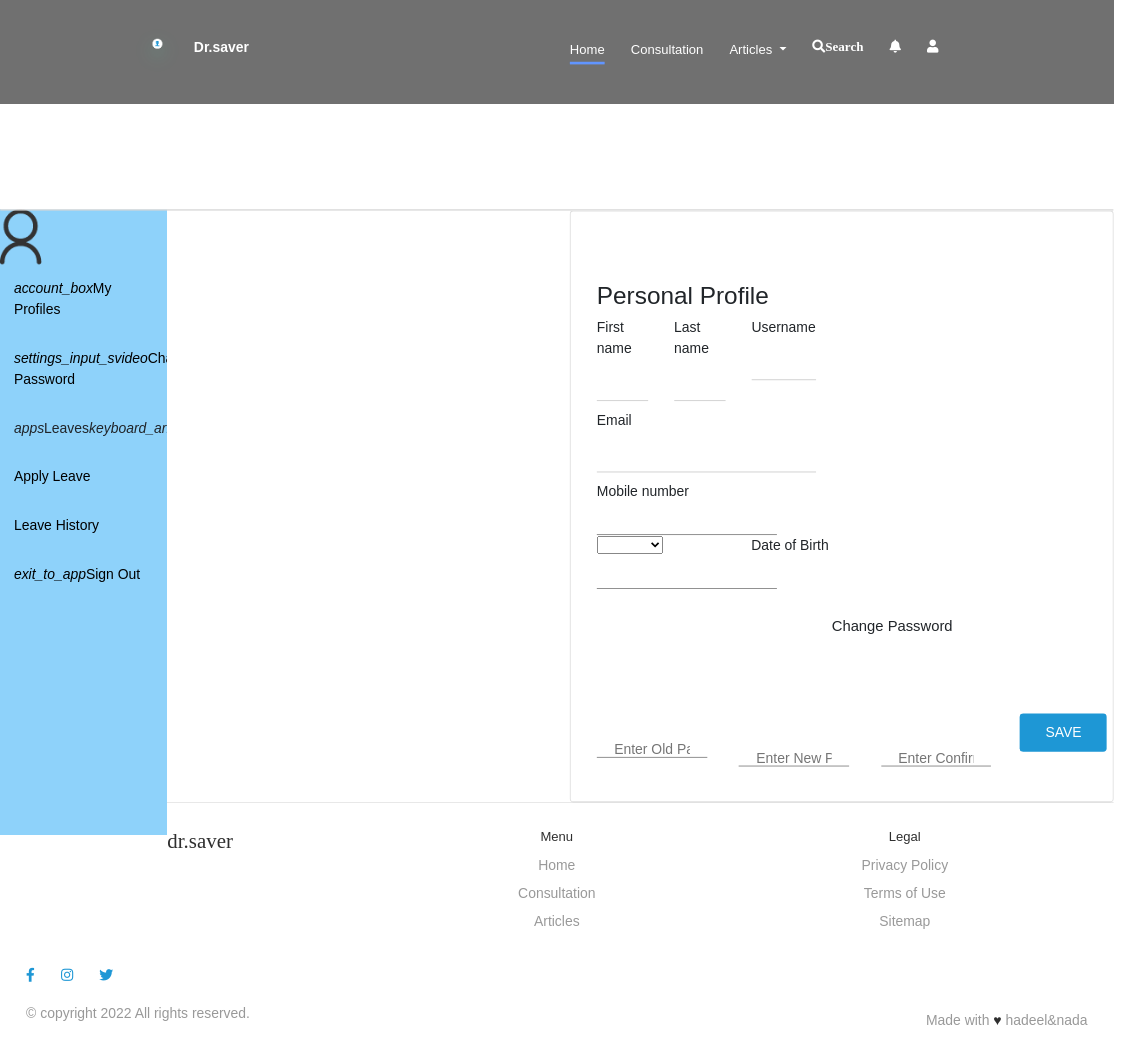
Repository: nsra/hadeel_doctor_system
Page: patient/Pprofile.html
An editor plug-in stored every save of this project. The page is shown before and after the next save, followed by the edit.
The browser window is 1280 px wide. The page is 1295 px wide, so the pictures cover 1295 px, including what lies to the right of the window. The pictures show the whole page, at 87% of full size.
Some web fonts or font styles are not loaded; a fallback is used. Some web libraries are served in a nearby version.

Above is the page before, as saved 2022-03-25 14:40:10.

### patient/Pprofile.html
<!DOCTYPE html>
<html lang="en">
<head>
    <meta charset="UTF-8">
    <meta http-equiv="content-type" content="text/html; charset=UTF-8">
    <title>DrSaver</title>
    <link rel="shortcut icon" href="../assets/img/doctor.png" type="image/x-icon">
    <link rel="stylesheet" href="https://maxcdn.bootstrapcdn.com/bootstrap/4.0.0/css/bootstrap.min.css" integrity="sha384-Gn5384xqQ1aoWXA+058RXPxPg6fy4IWvTNh0E263XmFcJlSAwiGgFAW/dAiS6JXm" crossorigin="anonymous">
    <link rel="stylesheet" href="https://pro.fontawesome.com/releases/v5.10.0/css/all.css" integrity="sha384-AYmEC3Yw5cVb3ZcuHtOA93w35dYTsvhLPVnYs9eStHfGJvOvKxVfELGroGkvsg+p" crossorigin="anonymous"/>
    <link rel="stylesheet" href="../assets/css/style.css" type="text/css">
    <link rel="preconnect" href="https://fonts.gstatic.com">
    <link href="https://fonts.googleapis.com/css2?family=Tajawal:wght@700&display=swap" rel="stylesheet">
    <meta name="viewport" content="width=device-width, initial-scale=1, shrink-to-fit=no">
</head>
<body>

    <!--header-->
    <div class="header" style=" background-color: #707070;">
         <div class="container" >
<div class="header-content">
    <div class="logo">
        <img src=" ../assets/img/l2.png"  alt="logo image" draggable="false">
        <b>Dr.saver</b>
     </div>
       <ul class="nav">
         <li><a href="#" class="active">Home</a></li>
         <li><a href="#" >Consultation</a></li>
           <li class="nav-item dropdown">
            <a class="nav-link dropdown-toggle" href="#" id="navbarDropdown" role="button" data-toggle="dropdown" aria-haspopup="true" aria-expanded="false">
                Articles
            </a>
            <div class="dropdown-menu" aria-labelledby="navbarDropdown">
              <a class="dropdown-item" href="#">Action</a>
              <a class="dropdown-item" href="#">Another action</a>
              <div class="dropdown-divider"></div>
              <a class="dropdown-item" href="#">Something else here</a>
            </div>
          </li>
         <li><a href="#"class="icon fa fa-search fa-2x" >Search</a></li>

 <li><a href="#"class="icon fa fa-bell" >  </a></li>
          <li><a href="#"class="icon fa fa-user fa-2x" > </a></li>






     </ul>
     <div class="clear"></div>
</div>
  </div>
    </div>
     <!--profile section-->
     <div class="about pd-y"></div>
     <aside id="slide-out" class="sidebar white fixed">
        <div class="side-nav-wrapper">
            <div class="sidebar-profile">
                <div class="sidebar-profile-image">
                    <img src="../assets/img/pro.png" class="circle" alt="">
                </div>
                <div class="sidebar-profile-info">

                </div>
            </div>

        <ul class="sidebar-menu collapsible collapsible-accordion" data-collapsible="accordion">

<li class="no-padding"><a class="waves-effect waves-grey" href="myprofile.php"><i class="material-icons">account_box</i>My Profiles</a></li>
<li class="no-padding"><a class="waves-effect waves-grey" href="emp-changepassword.php"><i class="material-icons">settings_input_svideo</i>Change Password</a></li>
            <li class="no-padding">
                <a class="collapsible-header waves-effect waves-grey"><i class="material-icons">apps</i>Leaves<i class="nav-drop-icon material-icons">keyboard_arrow_right</i></a>
                <div class="collapsible-body">
                    <ul>
                        <li><a href="apply-leave.php">Apply Leave</a></li>
                        <li><a href="leavehistory.php">Leave History</a></li>
                    </ul>
                </div>
            </li>



          <li class="no-padding">
                        <a class="waves-effect waves-grey" href="logout.php"><i class="material-icons">exit_to_app</i>Sign Out</a>
                    </li>


        </ul>

        </div>
    </aside>

        <main class="mn-inner float-right">
            <div class="row">

                <div class="col s12 m12 l12">
                    <div class="card">
                        <div class="card-content">

                        </div>
                    </div>
                </div>
            </div>


        <div class="row">
        <br>
            <div class="col s12">

            </div>
            <div class="col s12 m12 l6">
                <div class="card">
                    <div class="card-content">
                        <form id="example-form" method="post" name="updatemp">
                            <div>
                                <h3>Personal Profile</h3>

                                <section>
                                    <div class="wizard-content">
                                        <div class="row">
                                            <div class="col m6">
                                                <div class="row">


<div class="input-field col m6 s12">
<label for="firstName">First name</label>
<input id="firstName" name="firstName"  "  type="text" required>
</div>

<div class="input-field col m6 s12">
<label for="lastName">Last name </label>
<input id="lastName" name="lastName" value="" type="text" autocomplete="off" required>
</div>

<div class="input-field col s12">

<label for="userName">Username </label>
<input id="userName" name="userName" value="" type="text" autocomplete="off" required>
</div>

<div class="input-field col s12">
<label for="email">Email</label>
<input  name="email" type="email" id="email" value=" " readonly autocomplete="off" required>
<span id="emailid-availability" style="font-size:12px;"></span>
</div>

<div class="input-field col s12">
<label for="phone">Mobile number</label>
<input id="phone" name="mobileno" type="tel" value=" " maxlength="10" autocomplete="off" required>
</div>

</div>
</div>

<div class="col m6">
<div class="row">
<div class="input-field col m6 s12">
<select  name="gender" autocomplete="off">
<option value=""></option>
<option value="Male">Male</option>
<option value="Female">Female</option>

</select>
</div>
<label for="birthdate">Date of Birth</label>
<div class="input-field col m6 s12">

<input id="birthdate" name="dob"  class="datepicker" value="" >
</div>


                                                </div>
                                            </div>
                                        </div>
                                    </div>
                                </section>


                                </section>
                            </div>
                        </form>
             <div class="page-title" style="  padding-left: 300px;   font-size: 17px;">Change Password</div>
               <div class="row">

                        <form class="col s12" name="chngpwd" method="post">

                                <div class="row">
                                    <div class="input-field col s12">

<input id="password" type="password" placeholder="Enter Old Password" style="width:95%;padding-top:40px;margin-left:30px;border:none;border-bottom:1px solid gray;padding-bottom:8px;outline:none"  class="validate" autocomplete="off" name="password"  required>

                                    </div>

<div class="input-field col s12">

<input id="password" type="password" placeholder="Enter New Password"  name="newpassword" class="validate" style="width:95%;padding-top:40px;margin-left:30px;border:none;border-bottom:1px solid gray;padding-bottom:8px;margin-top:20px;outline:none" autocomplete="off" required>

                                    </div>

<div class="input-field col s12">

<input id="password" type="password"placeholder="Enter Confirm Password" name="confirmpassword" class="validate" autocomplete="off"style="width:95%;padding-top:40px;margin-left:30px;border:none;border-bottom:1px solid gray;padding-bottom:8px;margin-top:20px;outline:none" required>

</div>
<br>
<br>
<div class="input-field col s12">
<center><button type="submit" name="change" style="padding:10px;color:#fff;margin-left:20px;width:100px;border:none;text-transform:uppercase" class="waves-effect waves-light btn indigo m-b-xs" onclick="">Save</button></center>

</div>




                                </div>

                            </form>
                        </div>
                    </div>
                </div>



            </div>

        </div>
    </main>

<div class="left-sidebar-hover"></div>




    <!--footer section-->
<footer class="footer">
    <div class="footer__addr">
      <h1 class="footer__logo">Dr.saver</h1>


    </div>

    <ul class="footer__nav">
      <li class="nav__item">
        <h2 class="nav__title">Menu</h2>

        <ul class="nav__ul">
          <li>
            <a href="#">Home</a>
          </li>

          <li>
            <a href="#">Consultation</a>
          </li>

          <li>
            <a href="#">Articles</a>
          </li>
        </ul>
      </li>

      <li class="nav__item">
        <h2 class="nav__title">Legal</h2>

        <ul class="nav__ul">
          <li>
            <a href="#">Privacy Policy</a>
          </li>

          <li>
            <a href="#">Terms of Use</a>
          </li>

          <li>
            <a href="#">Sitemap</a>
          </li>
        </ul>
      </li>
    </ul>
    <div class="row">

        <div class="  col-lg-5 ">

            <div class="row float-left">
                <div class="socialItem">
                    <i class="fab fa-facebook-f"></i>
                </div>
                <div class="socialItem">
                    <i class="fab fa-instagram"></i>
                </div>
                <div class="socialItem">
                    <i class="fab fa-twitter"></i>
                </div>


            </div>
        </div>
    </div>
    <div class="legal">
      <p> &copy; copyright 2022 All rights reserved.</p>

      <div class="legal__links">
        <span>Made with <span class="heart">♥</span> hadeel&nada</span>
      </div>

    </div>
  </footer>
</body>
</html>

### assets/css/style.css
 /*common*/


.overlay{
    position:absolute;
    width:  100%;
    height: 100%;
    top: 0;
    left: 0;
    background-color: rgba(3, 3, 3, 0.7);
}
.hover-opacity{
    transition: opacity .5s;
}
.hover-opacity:hover{
opacity: 0.8;
}

/*general css*/
:root{
    --maincolor:#6195ff;
}
*{
    margin: 0;
    padding: 0;
    box-sizing: border-box;
}
ul{
    list-style: none;
}
.container{
    width: 80%;

    margin: auto;/*elment in the center*/
}
body{
    font-family: 'Varela Round', sans-serif;
}
.clear{
    clear: both;
}
h1,h2,h3,h4,h5,h6{
    font-family: montserrat,sans-serif;
}
button{
    font-family: inherit;
}
a{
    text-decoration: none;
}
.pd-y{
    padding: 120px 0;
}
.section-header{
    text-align: center;
    margin-bottom: 20px;
}
.section-header .section-title{
    font-size: 35px;
    text-transform: capitalize;
    margin-bottom: 10px;
}
.section-header .line{
display: block;
height: 5px;
width: 60px;
margin: 0 auto 70px auto;
background-color: var(--maincolor);
}

.ltr-effect,.tb-effect{
    position: relative;
}
.ltr-effect::after,.tb-effect::after{
position: absolute;
content: "";
top: 0;
right: 0;
left: 0;
bottom: 0;
background: #333;
z-index:-1 ;

}
.ltr-effect:hover::after{
width: 100%;
}
.ltr-effect::after{
    width: 0;
    transition: width 0.5s;
}
.tb-effect::after{
 height: 0;
 transition: height 0.5s;

}
.tb-effect:hover::after{
height: 100%;
}
/* header*/
.header{
    position:fixed;
    width: 100%;
    z-index: 15;


  }

 b{
     color: #ffff;

 }
.header .logo{
    width: 50%;
  float: left;

}
.header .logo img{
    width: 15%;
    margin-top: 5px;

}
.header .nav{
    width: 50%;
    float: left;
    list-style: none;
    text-align: right;
}
.header .nav > li{
    display: inline-block;

    text-align: right;
}
.header .nav > li > a{
    color: #fff;
    font-size: 15px;

    display: block;
    padding: 30px 15px;
}

.header .nav > li > a.active:after{
content: "";
display: block;
margin-top: 2px;
height: 3px;
background-color: #6195ff;
transition: width 0.5s;

}
.header .nav > li > a.active:after{
    width: 100%;
}

.header .nav > li > a:after{
width: 0;
}
.header .nav > li > a:hover::after{
    width: 100%;
    }
    .dropdown{
        position: relative;
    }
    .dropdown-menu{
        position: absolute;
        background: #6195ff;
        width: 150px;
        text-align: right;
        left: -50%;
        top: 70%;
        opacity: 0;
        visibility: hidden;
        transition: opacity 0.5s;
    }
    .dropdown-menu a{
        color:#fff;
        display: block;
        padding: 10px;

    }
    .dropdown:hover .dropdown-menu{
        opacity: 1;
        visibility:visible;
    }
/*Home section*/
.home{
    height: 100vh;
    background-image: url(../img/background.png);
    background-size: cover;
    position: relative;
}
.home-content{
    position: absolute;
    width: 65%;
    top: 50%;
    left: 50%;
    transform: translate(-50%,-50%);
    text-align: left;
}
.home .title{

margin: 20px 0;
color: var(--maincolor);
letter-spacing: 2px;
line-height: 1.5;
}
.home .home-desc{
    color: #fff;
    font-size: 3.5rem;
    text-transform: uppercase;
}
.home .btn{
    max-width: 150px;
    padding: 15px 0;
    border-radius: 5px;
    border: 0;
    cursor: pointer;
    font-size: 18px;
}

.home .btn-learn{
    background-color: #6195ff;
    color:#fff;

}

nav{
    font-size: 18px;
}
.navbar-light .navbar-brand{
    font-size: 32px;
 }

.navbar-light .navbar-nav .nav-link{
    color: black;
}

 #cplue{
     color:#1E97D5 ;
 }
 .bplue{
background-color: #dce0e4;
 color: #1E97D5;
 }
 .fleft{
     position: relative;
     margin-top: 11%;
    margin-right: 20%;
 }
 .fright{
     position:absolute;
     right:20%;
     top: 20%;
 }
 .pcol{
     color: rgb(189, 185, 185);
     font-size: small;
 }

/*About section*/

.about-content{
    overflow: hidden;
}
.about-item{
     width: 30%;
    float: left;
text-align: center;
border: 1px solid #e8e8e8;
padding: 50px 20px;
}

.about-item.mg{
    margin: 0 5%;
}
.about-item:hover .about-item-title{
    color: #fff;
}
.about-item .icon{
    color: #6195ff;
    margin-bottom: 10px;
}
.about-item-title{
    text-transform: capitalize;
    margin-bottom: 10px;
    transition: color 0.5s;
}
.about-item-desc{
    line-height: 1.6;
    margin-bottom: 10px;
    color:#999 ;
}
.about-item-link{
color: #6195ff;
text-transform: capitalize;
}

/*number section*/
.numbers{
    position: relative;
    background-image: url(../img/background.png);
    background-size: cover;
    background-attachment: fixed;
    height: 300px;
}
.numbers-item{
    overflow: hidden;

}
.number-item{
width: 25%;
float: left;
text-align: center;
}
.number-item .icon{
    color: #6195ff;
    margin-bottom: 15px;
}
.number-item-title{
    font-weight: bold;
    font-size: 30px;
    color: #fff;

}
.number-item-text{
    color: #fff;
}

/*Blog page*/
.blog{
    background: #f9f9f9;
}

.blog-content{
    overflow: hidden;
}
.blog-item{
    width: 30%;
    float: left;
    background: #fff;
}
.blog-item-img img{
width: 100%;
}

.blog-info{
    padding: 20px;
}

.blog-list{
    list-style: none;
    margin: 20px 0;
}
.blog-list li{
    display: inline-block;
    margin: 0 5px;
}
.blog-list li i{
    color: #6195ff;
}
.blog-title{
    font-weight: bold;
    margin: 20px 0;
}
.blog-desc{
    color: #999;
    margin-bottom: 10px;
    line-height: 1.5;
}
.blog-link{
    color: #6195ff;
}
.blog-item.mg{
    margin: 0 5%;
}

/*contact section*/

/*footer section*/
.footer{
    background: #1c1d23;
    text-align: center;
    padding: 60px 0;
}
.footer-links{
    list-style: none;
    margin: 20px 0;
}
.footer-links li{
    display: inline-block;

}
.footer-links li a{
    display: block;
    width: 50px;
    height: 50px;
    background: #6195ff;
    color: #fff;
    margin: 0 5px;
    border-radius: 50%;
}
.footer-links li a i{
    line-height: 50px;
}

.footer .copyright{
    color: #999;
    font-size: 15px;
    text-transform: uppercase;
}

 /********login******/


  /* Full-width inputs */
  input[type=text], input[type=password] ,input[type=email],input[type=number],input[type=date],input[type=submit]{
    width: 100%;
    padding: 12px 20px;
    margin: 10px 0 ;

    display:flex;
    border: none;
    border-bottom: 1px solid #ccc;

  }

  /* Set a style for all buttons */
  button {
    background-color: #1E97D5;
    color: white;
    padding: 14px 20px;
    margin: 8px 0;
    border: none;
    cursor: pointer;
    width: 40%;

    border-radius: 5px;
  }

  /* Add a hover effect for buttons */
  button:hover {
    opacity: 0.8;
  }



  /* Add padding to containers */
  .container {
    padding: 16px;

  }

  .psw{
      margin-left: 60px;
  }
  .signbtn{
      color: #000;
      background-color: #fff;
      border: 1px solid #1E97D5;
  }
  .signbtn:hover{
    background-color: #1E97D5;
    opacity: 0.8;
  }
  .fname{
    position: relative;
  margin-right: 10%;
  }
  .lname {
    position: absolute;
    top: 20%;
    left: 50%;
  }

  /* Change styles for span and cancel button on extra small screens */
  @media screen and (max-width: 300px) {
    span.psw {
      display: block;
      float: none;
    }
    .cancelbtn {
      width: 100%;
    }
  }

.rate{
    margin: 10px;
    float: left;
    background: #eeeeee;
    border-radius: 30px;
}
.rate i{
    color: #ffdb00;
}

.footer {
    display: flex;
    flex-flow: row wrap;
    padding: 30px 30px 20px 30px;
    color: #2f2f2f;
    background-color: #fff;
    border-top: 1px solid #e5e5e5;
  }

  .footer > * {
    flex:  1 100%;
  }

  .footer__addr {
    margin-right: 1.25em;
    margin-bottom: 2em;
  }

  .footer__logo {
    font-family: 'Pacifico', cursive;
    font-weight: 400;
    text-transform: lowercase;
    font-size: 1.5rem;
  }

  .footer__addr h2 {
    margin-top: 1.3em;
    font-size: 15px;
    font-weight: 400;
  }

  .nav__title {
    font-weight: 400;
    font-size: 15px;
  }

  .footer address {
    font-style: normal;
    color: #999;
  }

  .footer__btn {
    display: flex;
    align-items: center;
    justify-content: center;
    height: 36px;
    max-width: max-content;
    background-color: rgb(33, 33, 33, 0.07);
    border-radius: 100px;
    color: #2f2f2f;
    line-height: 0;
    margin: 0.6em 0;
    font-size: 1rem;
    padding: 0 1.3em;
  }

  .footer ul {
    list-style: none;
    padding-left: 0;
  }

  .footer li {
    line-height: 2em;
  }

  .footer a {
    text-decoration: none;
  }

  .footer__nav {
    display: flex;
      flex-flow: row wrap;
  }

  .footer__nav > * {
    flex: 1 50%;
    margin-right: 1.25em;
  }

  .nav__ul a {
    color: #999;
  }

  .nav__ul--extra {
    column-count: 2;
    column-gap: 1.25em;
  }

  .legal {
    display: flex;
    flex-wrap: wrap;
    color: #999;
  }

  .legal__links {
    display: flex;
    align-items: center;
  }

.social{
    padding-top: 50px;
    margin-left: 700px;

}
.socialItem{
   color: #1E97D5;
    border-radius: 50%;
    line-height: 2;
    margin: 15px;
}
.socialItem:hover{
    background: #6db4e4;
    border:  2px white;

}
  .heart {
    color: #2f2f2f;
  }

  @media screen and (min-width: 24.375em) {
    .legal .legal__links {
      margin-left: auto;
    }
  }

  @media screen and (min-width: 40.375em) {
    .footer__nav > * {
      flex: 1;
    }

    .nav__item--extra {
      flex-grow: 2;
    }

    .footer__addr {
      flex: 1 0px;
    }

    .footer__nav {
      flex: 2 0px;
    }
  }
/******** about page ***********/
.heroSection img{
    border-radius: 30px;
}
/******** Pprofile page ***********/

.sidebar {
  margin: 0;
  padding: 0;
  width: 15%;
  background-color: #8ed2fa;
  position: fixed;
  height: 100%;
  overflow: auto;
}

.sidebar a {
  display: block;
  color: black;
  padding: 16px;
  text-decoration: none;
}

@media screen and (max-width: 700px) {
  .sidebar {
    width: 100%;
    height: auto;
    position: relative;
  }
  .sidebar a {float: left;}
  div.content {margin-left: 0;}
}

@media screen and (max-width: 400px) {
  .sidebar a {
    text-align: center;
    float: none;
  }
}




.topnav {

  background-color: #2ca7ee;
  overflow: hidden;
   color: white;
   align-items: center;
}
.update{

border: none;
margin-left: 100px;
color: white;
padding: 15px 32px;
text-align: center;
text-decoration: none;
display: inline-block;
font-size: 16px;
}

 ul{
  list-style-type: none;
 }


form{
display: flex;

width: 50%;
height: 90%;
margin-top:50px;
padding:30px;
display: flex;

flex-direction: column;
justify-content: space-around;
border-radius: 5px;
}
input{
height: 30px;
border:none;
border-bottom: 1px solid gray;
outline: none;
}

After the next save:
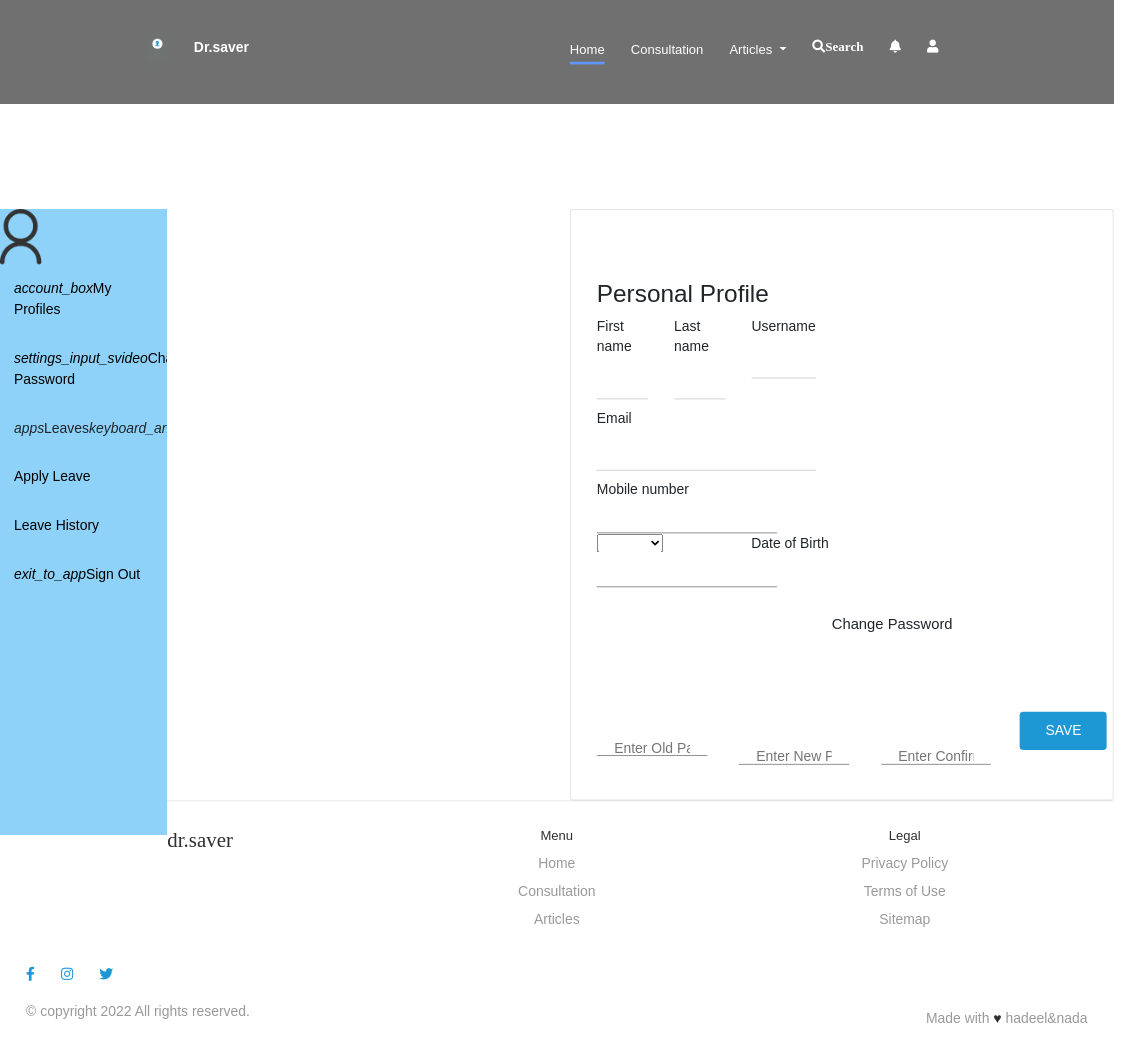
Saved 21 s later.
--- a/patient/Pprofile.html
+++ b/patient/Pprofile.html
@@ -90,18 +90,6 @@
         </div>
     </aside>
 
-        <main class="mn-inner float-right">
-            <div class="row">
-
-                <div class="col s12 m12 l12">
-                    <div class="card">
-                        <div class="card-content">
-
-                        </div>
-                    </div>
-                </div>
-            </div>
-
 
         <div class="row">
         <br>
